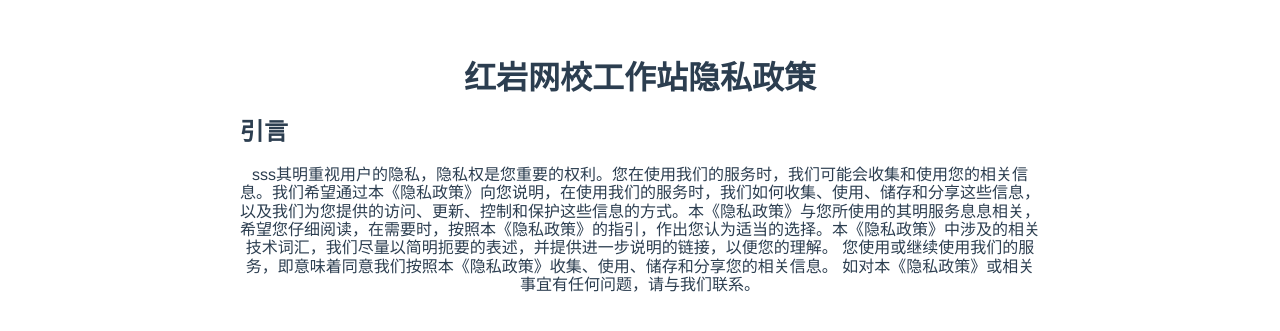
Repository: zl-mdc/privacy-policy
Page: /
An editor plug-in stored every save of this project. The page is shown before and after the next save, followed by the edit.
The browser window is 1280 px wide. The pictures show the whole page.
The project was rebuilt for these pictures with package versions that can differ from the ones it lists, and the page was loaded fresh each time.

Above is the page before, as saved 2020-09-17 15:32:28.

After the next save:
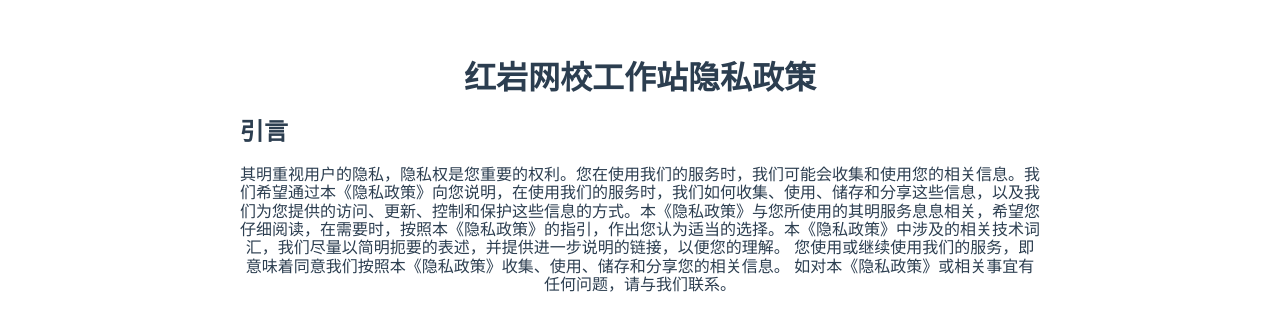
Saved 6 s later.
--- a/src/components/Info.vue
+++ b/src/components/Info.vue
@@ -11,7 +11,7 @@
           <h1>红岩网校工作站隐私政策</h1>
 
           <h2>引言</h2>
-          <p><span>sss</span>其明重视用户的隐私，隐私权是您重要的权利。您在使用我们的服务时，我们可能会收集和使用您的相关信息。我们希望通过本《隐私政策》向您说明，在使用我们的服务时，我们如何收集、使用、储存和分享这些信息，以及我们为您提供的访问、更新、控制和保护这些信息的方式。本《隐私政策》与您所使用的其明服务息息相关，希望您仔细阅读，在需要时，按照本《隐私政策》的指引，作出您认为适当的选择。本《隐私政策》中涉及的相关技术词汇，我们尽量以简明扼要的表述，并提供进一步说明的链接，以便您的理解。 您使用或继续使用我们的服务，即意味着同意我们按照本《隐私政策》收集、使用、储存和分享您的相关信息。 如对本《隐私政策》或相关事宜有任何问题，请与我们联系。 </p>
+          <p><span>   </span>其明重视用户的隐私，隐私权是您重要的权利。您在使用我们的服务时，我们可能会收集和使用您的相关信息。我们希望通过本《隐私政策》向您说明，在使用我们的服务时，我们如何收集、使用、储存和分享这些信息，以及我们为您提供的访问、更新、控制和保护这些信息的方式。本《隐私政策》与您所使用的其明服务息息相关，希望您仔细阅读，在需要时，按照本《隐私政策》的指引，作出您认为适当的选择。本《隐私政策》中涉及的相关技术词汇，我们尽量以简明扼要的表述，并提供进一步说明的链接，以便您的理解。 您使用或继续使用我们的服务，即意味着同意我们按照本《隐私政策》收集、使用、储存和分享您的相关信息。 如对本《隐私政策》或相关事宜有任何问题，请与我们联系。 </p>
     </div>
 </template>
 
